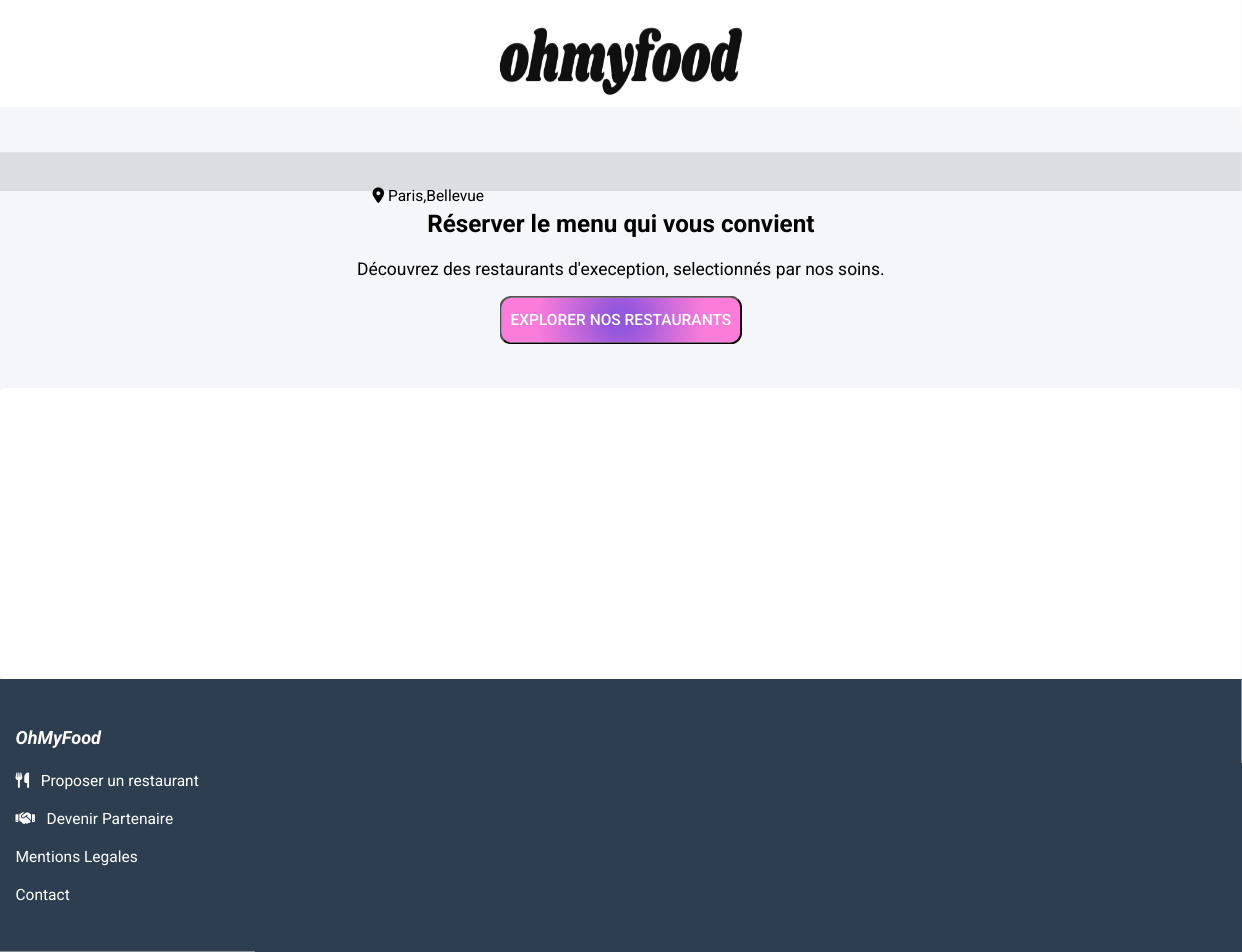
Repository: ultraasedev/ohmyfood
Page: index.html
The author's editor kept a copy of each file at every save. The page is drawn from the files as they stood at one save, then again after the next save.
The browser window is 1280 px wide. The pictures show the whole page, at 97% of full size.
Some icons come from a web library that is not loaded, so they are not drawn. Some web fonts or font styles are not loaded; a fallback is used. Some web libraries are served in a nearby version.

Above is the page before, as saved 2022-10-27 16:49:06.

After the next save:
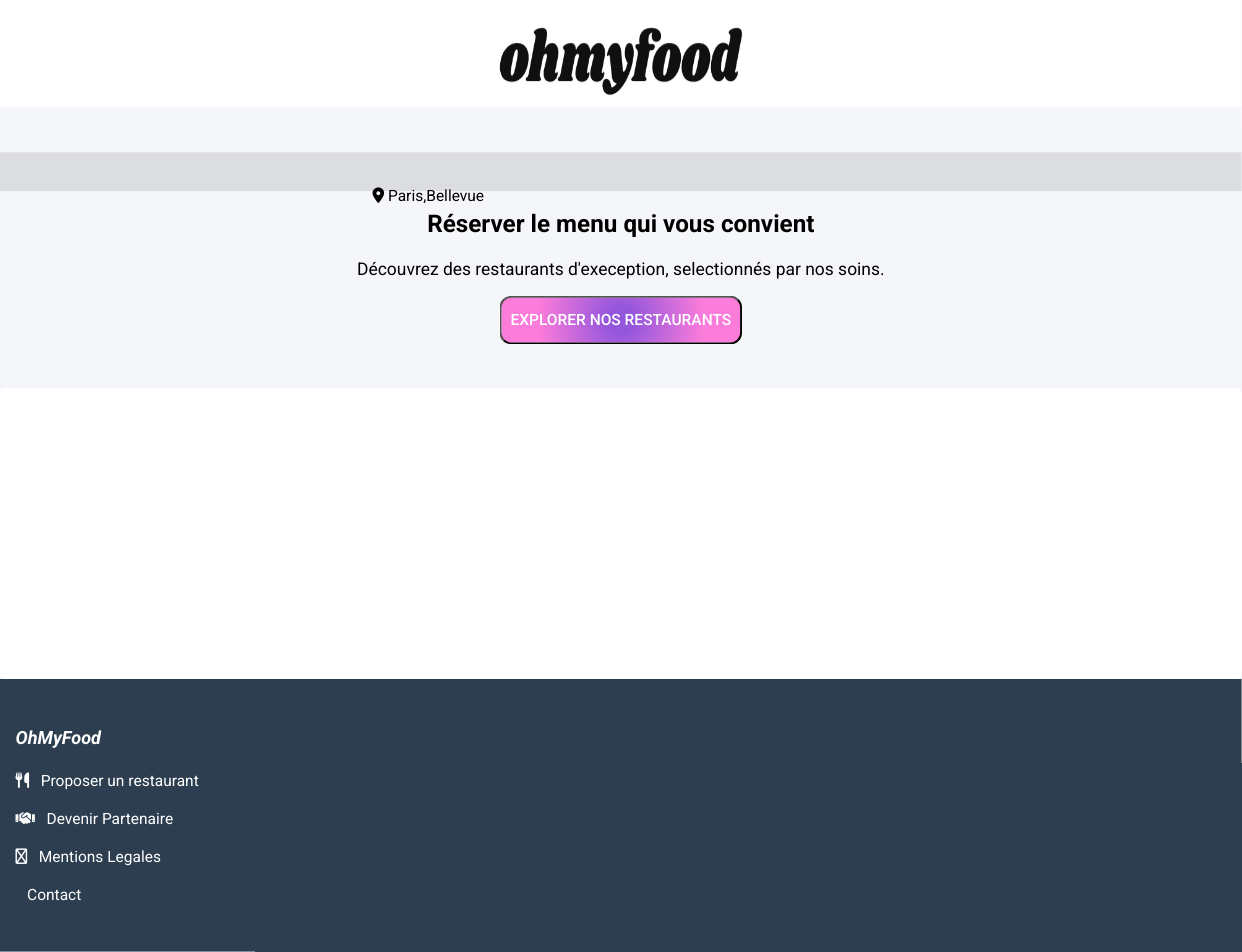
Saved 87 s later.
--- a/index.html
+++ b/index.html
@@ -73,8 +73,8 @@
       <!--<img src="images/logo/ohmyfood.png" alt="Ohmyfood !" height="20px" width="80px" style="margin-bottom: 10px;"/>-->
       <a href="#"><i class="fa-solid fa-utensils"></i>&nbsp;&nbsp;&nbsp;Proposer un restaurant</a>
       <a href="#"><i class="fa-solid fa-handshake"></i>&nbsp;&nbsp;&nbsp;Devenir Partenaire</a>
-      <a href="#">Mentions Legales</a>
-      <a href="#">Contact</a>
+      <a href="#"><i class="fa-regular fa-circle-info"></i>&nbsp;&nbsp;&nbsp;Mentions Legales</a>
+      <a href="#"><i class="fa-regular fa-circle-phone-hangup"></i>&nbsp;&nbsp;&nbsp;Contact</a>
 
     </div>
 
